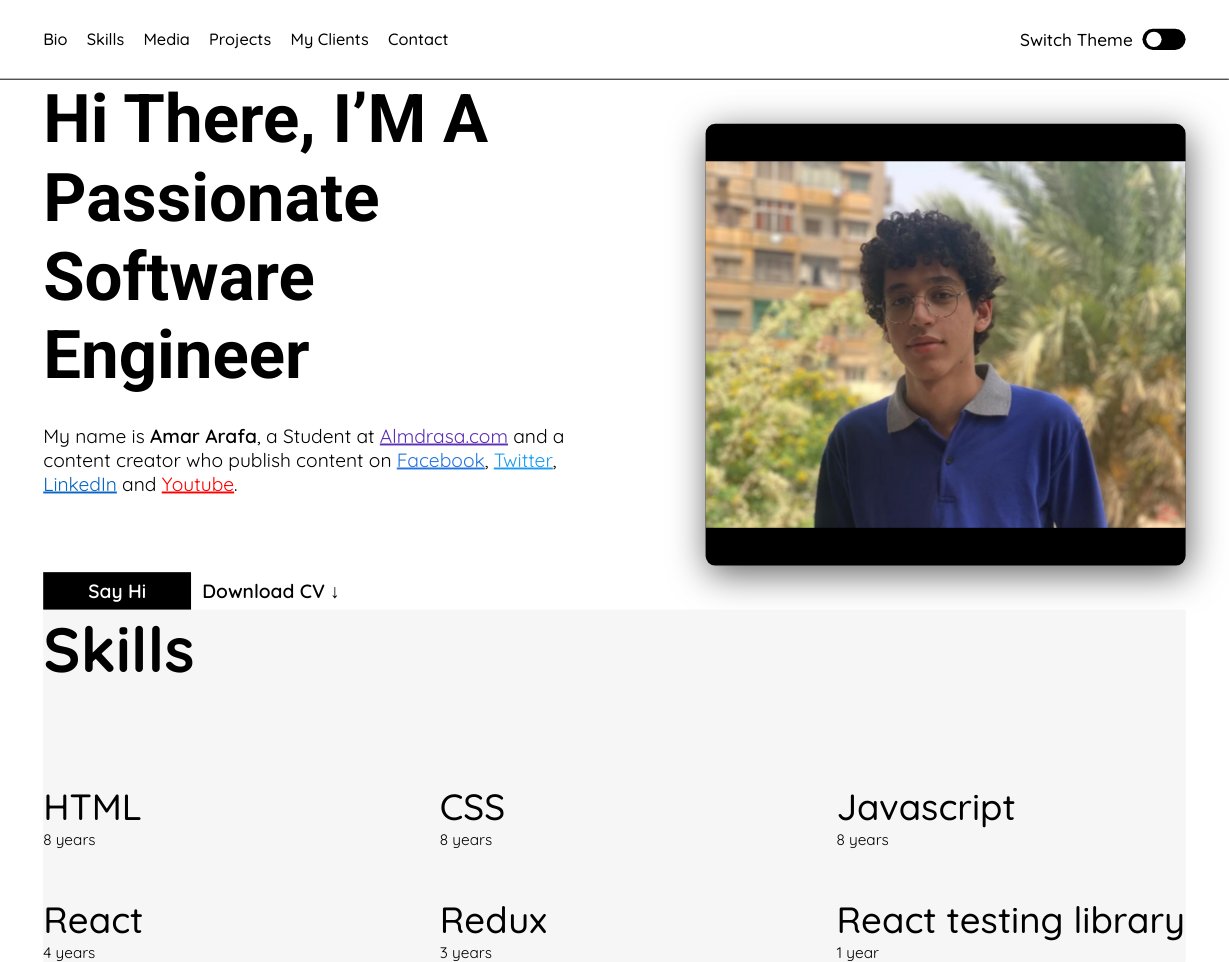
Repository: benarafa1/personal-website
Page: index.html
The author's editor kept a copy of each file at every save. The page is drawn from the files as they stood at one save, then again after the next save.
The browser window is 1280 px wide. The pictures show the whole page, at 96% of full size.

Above is the page before, as saved 2025-04-12 16:12:13.

### index.html
<!DOCTYPE html>
<html lang="en">
  <head>
    <meta charset="UTF-8" />
    <meta name="viewport" content="width=device-width, initial-scale=1.0" />
    <link rel="preconnect" href="https://fonts.googleapis.com" />
    <link rel="preconnect" href="https://fonts.gstatic.com" crossorigin />
    <link rel="preconnect" href="https://fonts.googleapis.com" />
    <link rel="preconnect" href="https://fonts.gstatic.com" crossorigin />
    <link
      href="https://fonts.googleapis.com/css2?family=Quicksand:wght@300..700&family=Roboto:ital,wght@0,100;0,300;0,400;0,500;0,700;0,900;1,100;1,300;1,400;1,500;1,700;1,900&display=swap"
      rel="stylesheet"
    />

    <link rel="stylesheet" href="style.css" />
    <title>Amar Arafa</title>
  </head>

  <body>
    <div class="container">
      <header class="header">
        <nav class="navigation">
          <ul class="navigation__list">
            <li><a class="navigation__link" href="#">Bio</a></li>
            <li><a class="navigation__link" href="#">Skills</a></li>
            <li><a class="navigation__link" href="#">Media</a></li>
            <li><a class="navigation__link" href="#">Projects</a></li>
            <li><a class="navigation__link" href="#">My Clients</a></li>
            <li><a class="navigation__link" href="#">Contact</a></li>
          </ul>
        </nav>
        <div class="toggle">
          <h3 class="toggle__title">Switch Theme</h3>
          <input
            type="checkbox"
            name="toggle__checkbox"
            id="checkbox"
            class="toggle__checkbox"
          />
          <label for="checkbox" class="toggle__label"></label>
        </div>
      </header>
      <section class="bio section">
        <div class="bio__data-part">
          <h1 class="bio__heading">
            Hi There, I’M A Passionate Software Engineer
          </h1>
          <p class="bio__objective">
            My name is <span class="bio__name">Amar Arafa</span>, a Student at
            <a href="" class="bio__Almdrasa">Almdrasa.com</a> and a content
            creator who publish content on
            <a href="#" class="bio__Facebook">Facebook</a>,
            <a href="#" class="bio__Twitter">Twitter</a>,
            <a href="#" class="bio__LinkedIn">LinkedIn</a> and
            <a href="#" class="bio__Youtube">Youtube</a>.
          </p>
          <a href="#" class="bio__links say-hi-link">Say Hi</a>
          <a href="#" class="bio__links download-cv-link"
            >Download CV <span class="bio__arrow">↓</span></a
          >
        </div>
        <div class="bio__pic-part">
          <img
            src="images/personal-pic.jpg"
            alt="img of amar"
            class="bio__pic"
          />
        </div>
      </section>
      <section class="skills section">
        <h2 class="skills__heading">Skills</h2>
        <div class="skills__languages">
          <div class="html">
            <p class="language">HTML</p>
            <p class="experience">8 years</p>
          </div>
          <div class="css">
            <p class="language">CSS</p>
            <p class="experience">8 years</p>
          </div>
          <div class="javascript">
            <p class="language">Javascript</p>
            <p class="experience">8 years</p>
          </div>
          <div class="react">
            <p class="language">React</p>
            <p class="experience">4 years</p>
          </div>
          <div class="redux">
            <p class="language">Redux</p>
            <p class="experience">3 years</p>
          </div>
          <div class="react-testing-library">
            <p class="language">React testing library</p>
            <p class="experience">1 year</p>
          </div>
        </div>
      </section>
    </div>
  </body>
</html>

### style.css
:root {
  --container-width: 119rem;
  --gutter: 2rem;
  --color-black: #000;
  --color-white: #fff;
  --color-blue: #2374e1;
  --color-light-blue: #1d9bf0;
  --color-dark-blue: #0a66c2;
  --color-darker-blue: #143ce8;
  --color-red: #ff0000;
  --color-purple: hsla(261, 96%, 33%, 0.822);
  --color-grey: #f6f6f6;
  --color-dark-green: #42959b;
  --color-background: var(--color-white);
  --color-text: var(--color-black);
  --color-box-img: var(--color-black);
  --color-link-bg: var(--color-black);
  --color-input-border: var(--color-black);
  --font-family-Roboto: "Roboto", sans-serif;
  --font-family-Quicksand: "Quicksand", sans-serif;
  --font-weight-regular: 400;
  --font-weight-medium: 500;
  --font-weight-semi-bold: 600;
  --font-weight-bold: 700;
  --font-size-70: 7rem;
  --font-size-65: 6.5rem;
  --font-size-40: 4rem;
  --font-size-38: 3.8rem;
  --font-size-24: 2.4rem;
  --font-size-22: 2.2rem;
  --font-size-20: 2rem;
  --font-size-18: 1.8rem;
  --font-size-15: 1.5rem;
  --transition-timing: 0.3s;
}

/* start CSS Reset_________________ */
*,
*::before,
*::after {
  box-sizing: border-box;
  margin: 0;
  padding: 0;
  font: inherit;
}

a {
  color: inherit;
  display: inline-block;
}

button {
  background-color: transparent;
  border: none;
  cursor: pointer;
}

ul,
ol {
  list-style: none;
}
body {
  font-size: 1.6rem;
  font-family: var(--font-family-Quicksand);
}

html {
  font-size: 62.5%;
  scroll-behavior: smooth;
  scroll-padding-top: 11rem;
}
/* end CSS Reset _____________________*/

/* globaL styles start________________ */
.section {
  display: grid;
  grid-template-columns: repeat(2, auto);
  align-items: start;
}
/* globaL styles end________________ */
.container {
  margin: 0 auto;
  width: var(--container-width);
}
/* header component start___________________ */

.navigation__list {
  display: flex;
  gap: 2rem;
}
.navigation__link:link,
.navigation__link:visited {
  font-weight: var(--font-weight-medium);
  text-decoration: none;
  font-size: 1.7rem;
}
.navigation__link:hover,
.navigation__link:active {
  text-decoration: underline;
}

.header {
  position: relative;
  padding: 3rem 0;
  display: flex;
  justify-content: center;
}
.header::before {
  content: "";
  position: absolute;
  height: 100%;
  width: 100vw;
  top: 0;
  z-index: -1;
  border-bottom: 0.1rem solid var(--color-input-border);
}

/* toggle start */
.toggle {
  display: flex;
  gap: 1rem;
  margin-left: auto;
}
.toggle__title {
  font-weight: var(--font-weight-medium);
  font-size: var(--font-size-18);
}
.toggle__checkbox {
  display: none;
}

.toggle__label {
  display: block;
  width: 4.5rem;
  height: 2.2rem;
  border-radius: 1.5rem;
  background-color: var(--color-black);
  cursor: pointer;
  padding: 0.3rem 0.4rem;
  transition: var(--transition-timing);
}

.toggle__label::before {
  content: "";
  display: block;
  width: 1.6rem;
  height: 1.6rem;
  border-radius: 50%;
  background-color: var(--color-white);
  transition: var(--transition-timing);
}

.toggle__checkbox:checked + .toggle__label {
  background-color: var(--color-white);
}
.toggle__checkbox:checked + .toggle__label::before {
  background-color: var(--color-black);
  transform: translateX(2.1rem);
}
/* toggle end */

/* header component end+_______________ */

/* bio component start */
.bio {
  grid-template-columns: repeat(2, 1fr);
  gap: 7.4rem;
}

.bio__heading {
  font-family: var(--font-family-Roboto);
  font-size: var(--font-size-70);
  font-weight: var(--font-weight-bold);
}
.bio__objective {
  font-weight: var(--font-weight-regular);
  font-size: var(--font-size-20);
  margin: 3rem 0 8rem;
}
.bio__name {
  font-weight: var(--font-weight-semi-bold);
}
.bio__Almdrasa {
  color: var(--color-purple);
}
.bio__Facebook {
  color: var(--color-blue);
}
.bio__Twitter {
  color: var(--color-light-blue);
}
.bio__LinkedIn {
  color: var(--color-dark-blue);
}
.bio__Youtube {
  color: var(--color-red);
}
.bio__links {
  font-size: var(--font-size-20);
  font-weight: var(--font-weight-semi-bold);
  text-decoration: none;
}
.say-hi-link {
  padding: 0.7rem 4.7rem;
  background-color: var(--color-black);
  color: var(--color-white);
}
.download-cv-link {
  margin-inline-start: 0.7rem;
}

@keyframes jump {
  0% {
    transform: translateY(0.5rem);
  }
  25% {
    transform: translateY(-0.5rem);
  }
  50% {
    transform: translateY(0);
  }
  100% {
    transform: translateY(0);
  }
}

.bio__arrow {
  display: inline-block;
  animation: jump 1s ease-in-out infinite alternate;
}

.bio__pic-part {
  display: flex;
  position: relative;
  align-items: center;
  align-self: center;
  justify-self: end;
}
.bio__pic-part::before {
  content: "";
  display: block;
  position: absolute;
  height: 46rem;
  width: 100%;
  border-radius: 1rem;
  z-index: -1;
  background-color: var(--color-box-img);
  box-shadow: 2.17543px 8.7017px 38.0699px rgba(0, 0, 0, 0.623);
}
.bio__pic {
  width: 50rem;
}
/* bio component end */

/* skills component start */
.skills {
  background-color: var(--color-grey);
  row-gap: 10rem;
}
.skills__heading {
  font-size: var(--font-size-65);
  font-weight: var(--font-weight-bold);
  grid-column: 1/-1;
}
.skills__languages {
  display: grid;
  grid-template-columns: repeat(3, 1fr);
  gap: 5rem;
}
.language {
  font-size: var(--font-size-38);
  font-weight: var(--font-weight-medium);
}

/* skills component end */

After the next save:
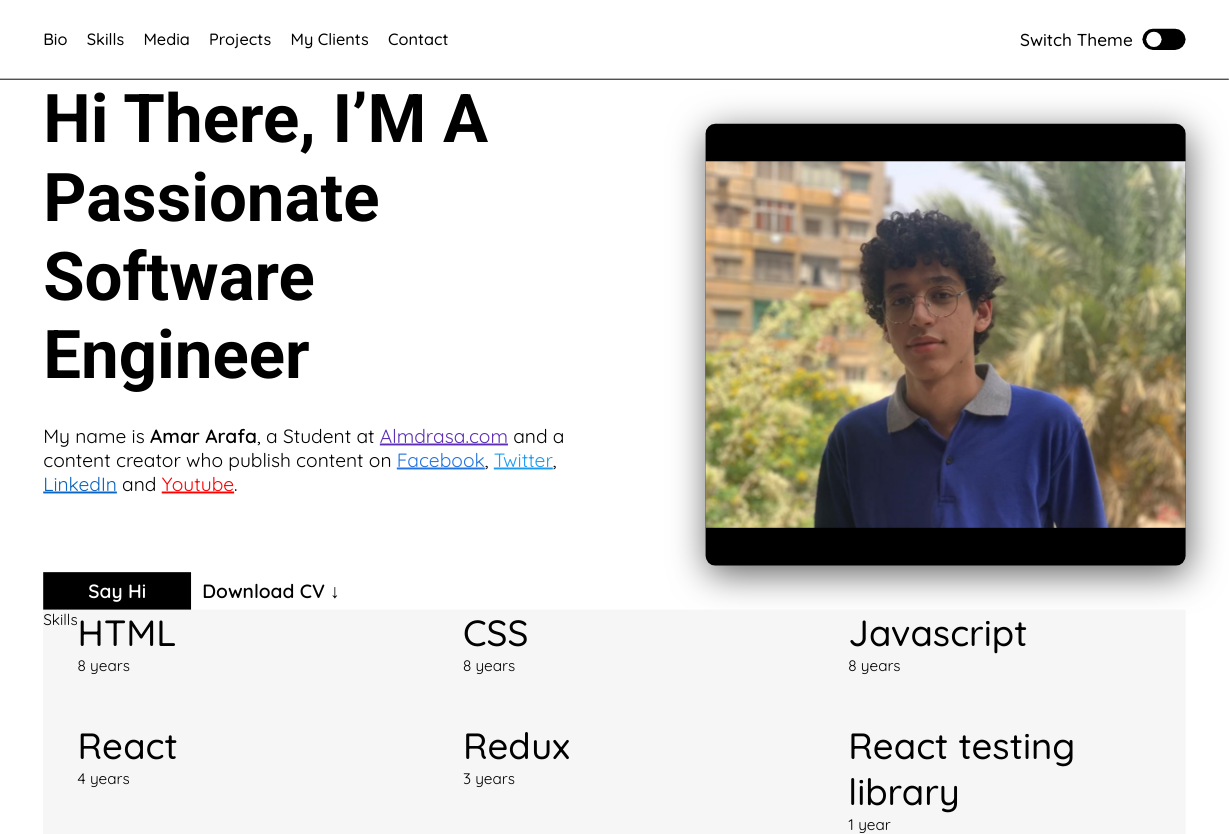
Saved 3 min 11 s later.
--- a/style.css
+++ b/style.css
@@ -257,7 +257,7 @@ html {
   background-color: var(--color-grey);
   row-gap: 10rem;
 }
-.skills__heading {
+.h2__heading {
   font-size: var(--font-size-65);
   font-weight: var(--font-weight-bold);
   grid-column: 1/-1;
